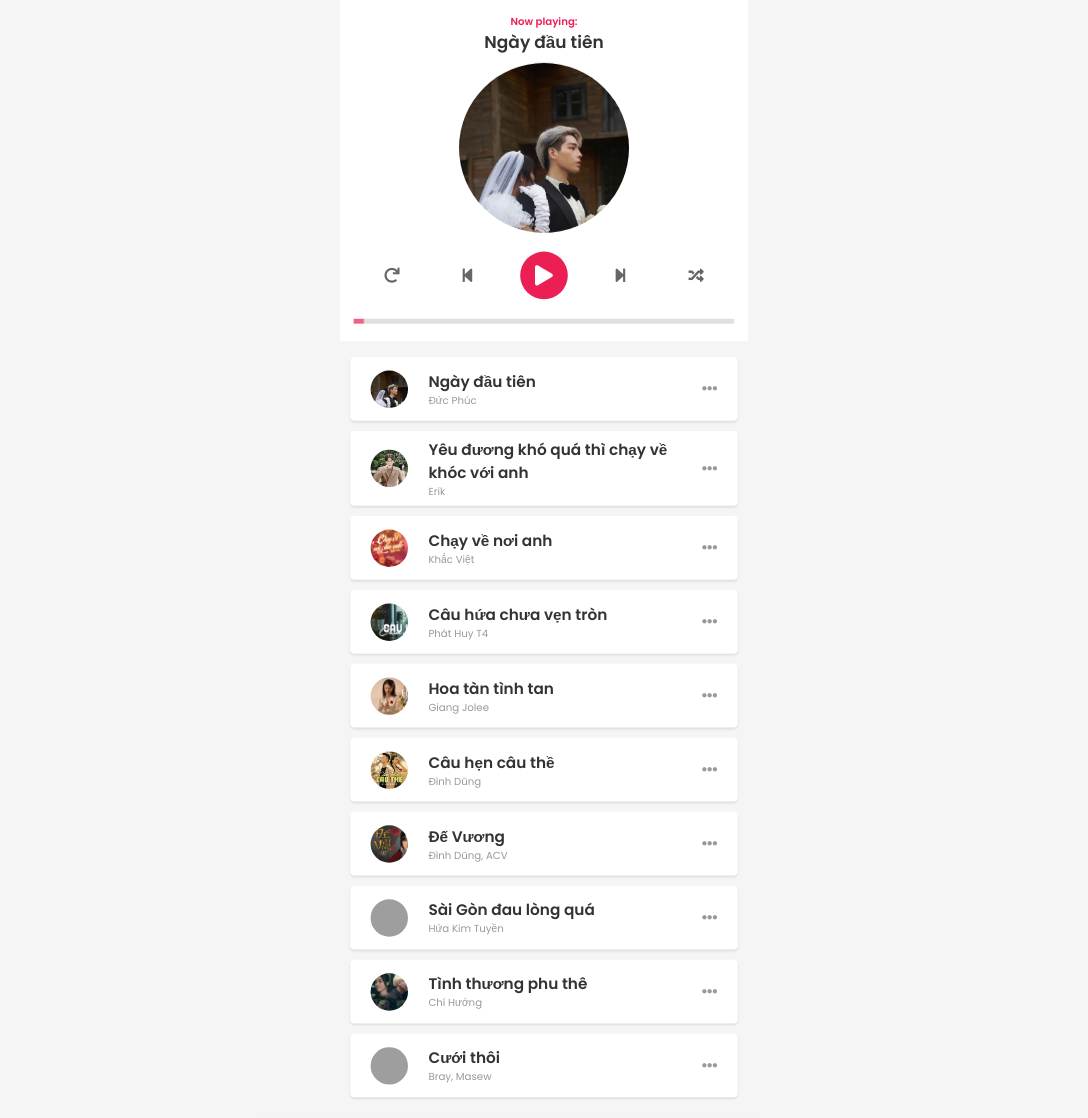
Repository: KienCao2000/demo-music
Page: index.html
An editor plug-in stored every save of this project. The page is shown before and after the next save, followed by the edit.
The browser window is 1280 px wide. The pictures show the whole page, at 85% of full size.
Pictures or frames that could not be fetched are drawn as grey boxes.

Above is the page before, as saved 2022-02-26 08:49:02.

After the next save:
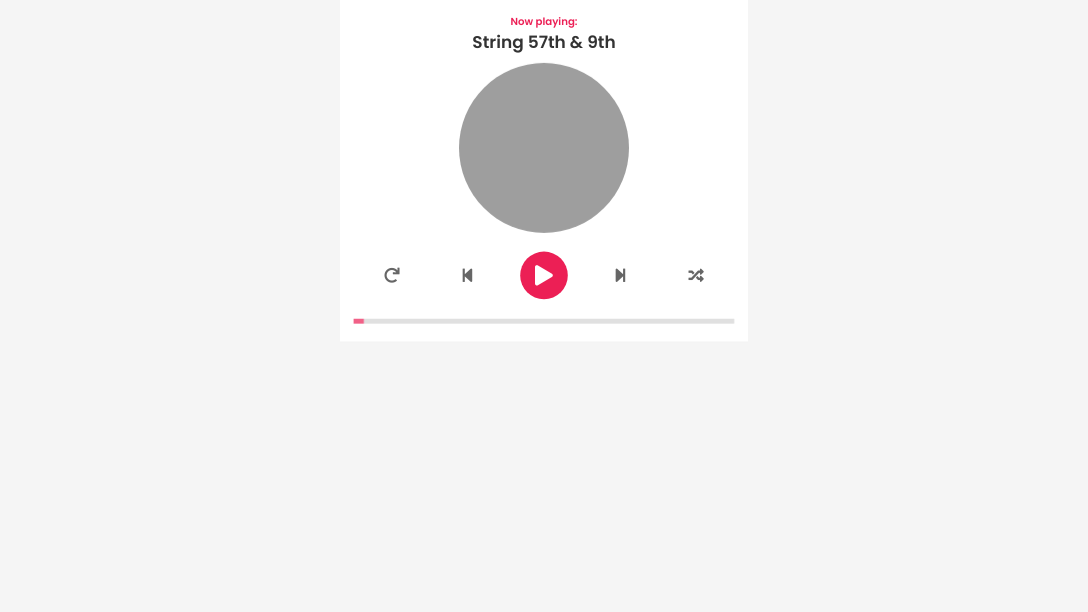
Console error: TypeError: Cannot set properties of null (setting 'onclick')
Saved 46 s later.
--- a/index.html
+++ b/index.html
@@ -269,10 +269,10 @@
               }
 
               // xử lý lặp lại song
-              // repeatBtn.onclick = function() {
-              //   _this.isRepeat = !_this.isRepeat;
-              //   repeatBtn.classList.toggle('active', _this.isRepeat);
-              // }
+              repeatBtn.onclick = function(e) {
+                _this.isRepeat = !_this.isRepeat;
+                repeatBtn.classList.toggle('active', _this.isRepeat);
+              }
           },
           loadCurrentSong: function() {
             heading.textContent = this.currentSong.name

After the save that followed:
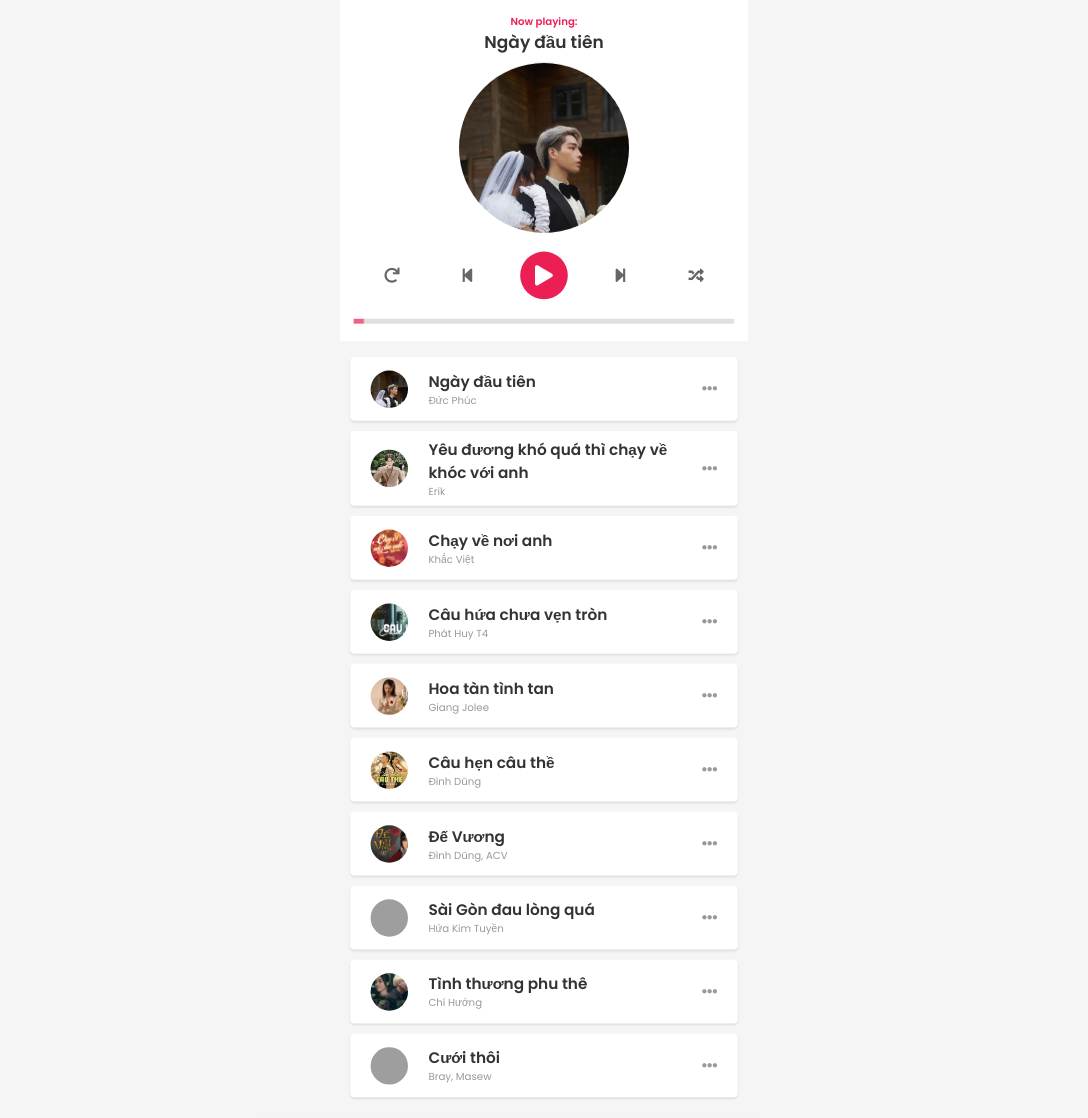
The error is gone.
Saved 4 min 33 s later.
--- a/index.html
+++ b/index.html
@@ -83,7 +83,7 @@
         const nextBtn = $('.btn-next')
         const prevBtn = $('.btn-prev')
         const randomBtn = $('.btn-random')
-        const repeatBtn = $('.repeat')
+        const repeatBtn = $('.btn-repeat')
 
         // render
         const app = {
@@ -270,7 +270,7 @@
 
               // xử lý lặp lại song
               repeatBtn.onclick = function(e) {
-                _this.isRepeat = !_this.isRepeat;
+                _this.isRepeat = !_this.isRepeat
                 repeatBtn.classList.toggle('active', _this.isRepeat);
               }
           },
